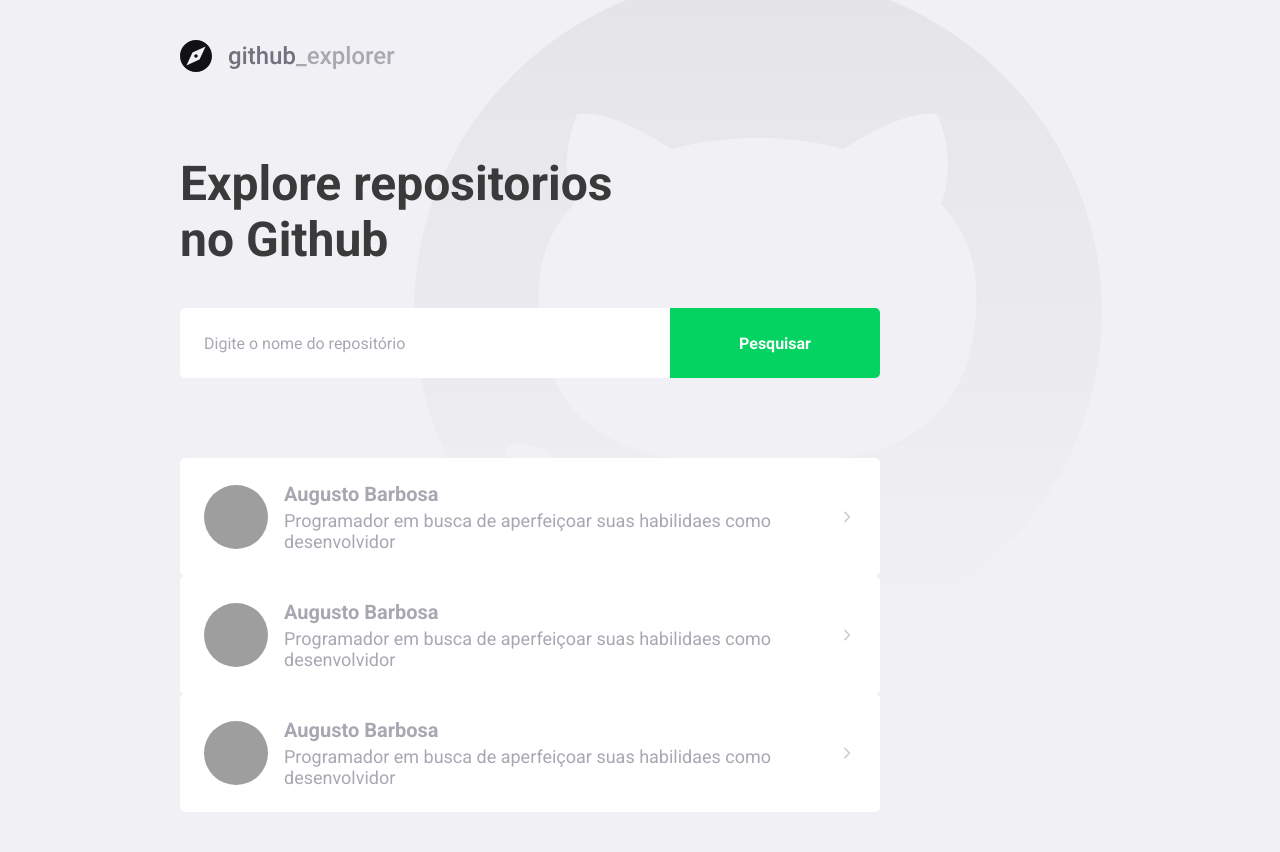
Repository: gutobarbosa/FrontEndLojaVirtual
Page: /
These files come from the project's save history. The page is drawn as it stood at one moment and after the next save; the edit follows.
The browser window is 1280 px wide. The pictures show the whole page.
Pictures or frames that could not be fetched are drawn as grey boxes. The project was rebuilt for these pictures with package versions that can differ from the ones it lists, and the page was loaded fresh each time. Also part of the build but not shown: src/pages/Repository/index.tsx.

Above is the page before, as saved 2020-09-06 21:45:30.

After the next save:
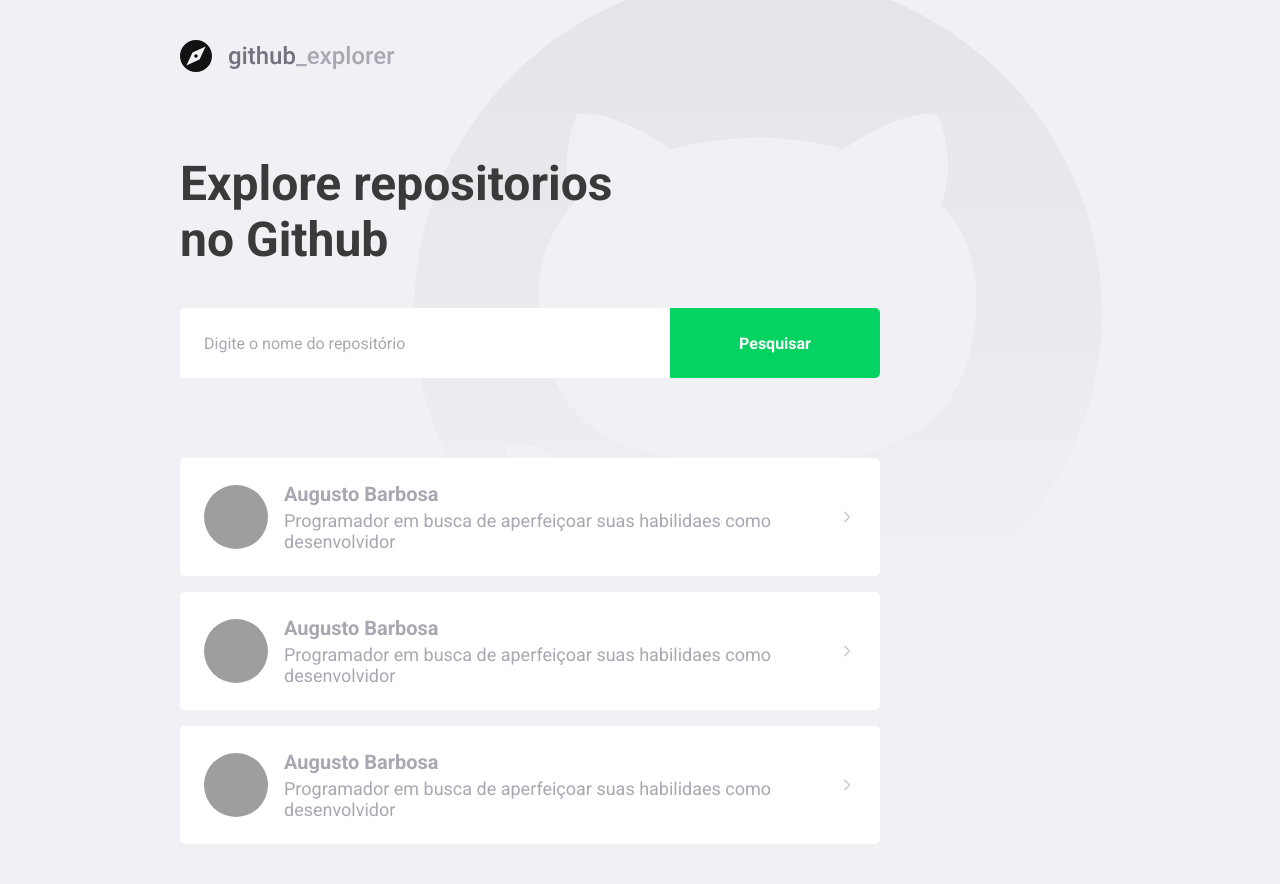
Saved 94 s later.
--- a/src/pages/Dashboard/styles.ts
+++ b/src/pages/Dashboard/styles.ts
@@ -73,7 +73,7 @@
                 transform: translateX(10px);
             }
 
-       a + a {
+       & + a {
             margin-top: 16px;
         }
 
